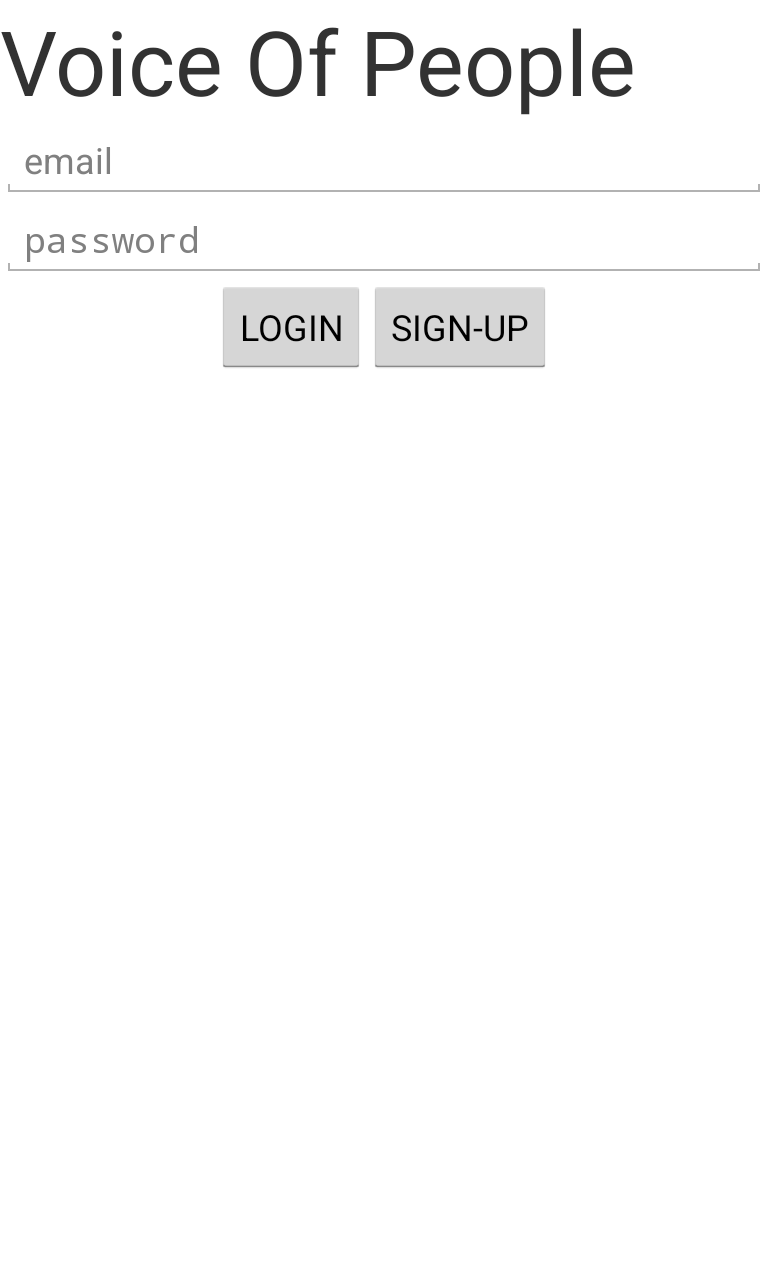
Repository: elvispap/The_Voice_of_People_Android_app
Layout: Voice of People/res/layout/login.xml
The author's editor kept a copy of each file at every save. The layout is drawn from the files as they stood at one save, then again after the next save.
It is drawn on a 768 x 1280 px phone screen (xhdpi) without system bars, with theme AppTheme; the app's code is not run.

Above is the layout before, as saved 2014-01-02 16:11:25.

### Voice of People/res/layout/login.xml
<?xml version="1.0" encoding="utf-8"?>
<LinearLayout xmlns:android="http://schemas.android.com/apk/res/android"
    android:layout_width="250dp"
    android:layout_height="wrap_content"
    android:orientation="vertical"
    android:layout_gravity="center" >

    <TextView
        android:layout_width="match_parent"
        android:layout_height="wrap_content"
        android:text="Voice Of People"
        android:textSize="45dp"/>

    <EditText
        android:id="@+id/email"
        android:layout_width="match_parent"
        android:layout_height="wrap_content"
        android:ems="10"
        android:hint="email"
        android:inputType="textEmailAddress" />

    <EditText
        android:id="@+id/password"
        android:layout_width="match_parent"
        android:layout_height="wrap_content"
        android:ems="10"
        android:hint="password"
        android:inputType="textPassword" />

    <LinearLayout
    	    android:orientation="horizontal"
    	    android:layout_width="wrap_content"
       	    android:layout_height="wrap_content"
    	    android:layout_gravity="center">
    	 <Button
	        android:id="@+id/login_button"
	        android:layout_width="wrap_content"
	        android:layout_height="wrap_content"
	        android:text="LOGIN" />

	    <Button
	        android:id="@+id/signup_button"
	        android:layout_width="wrap_content"
	        android:layout_height="wrap_content"
	        android:text="SIGN-UP" />
    </LinearLayout>


</LinearLayout>

Loaded but not shown: Voice of People/res/values/styles.xml (common file); Voice of People/res/values-v11/styles.xml (common file); Voice of People/res/values-v14/styles.xml (common file)

After the next save:
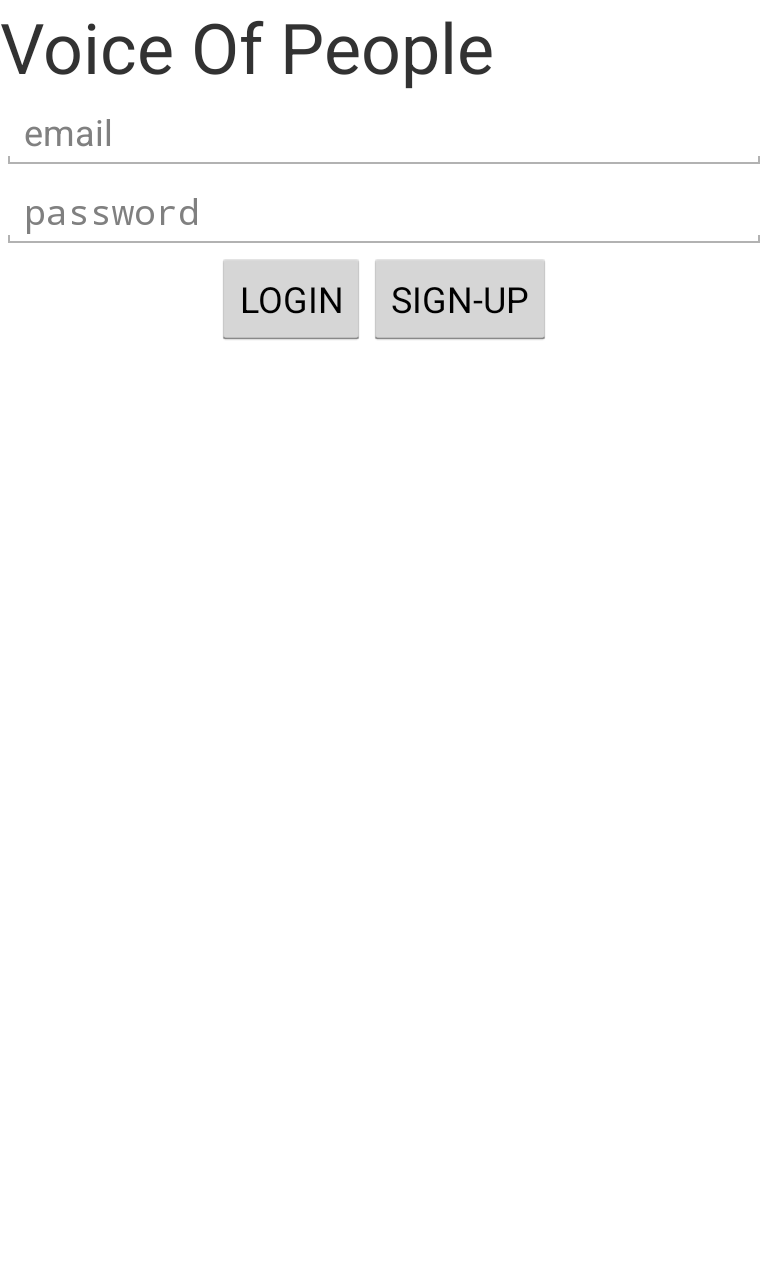
Saved 9 s later.
--- a/Voice of People/res/layout/login.xml
+++ b/Voice of People/res/layout/login.xml
@@ -9,7 +9,7 @@
         android:layout_width="match_parent"
         android:layout_height="wrap_content"
         android:text="Voice Of People"
-        android:textSize="45dp"/>
+        android:textSize="35dp"/>
 
     <EditText
         android:id="@+id/email"
